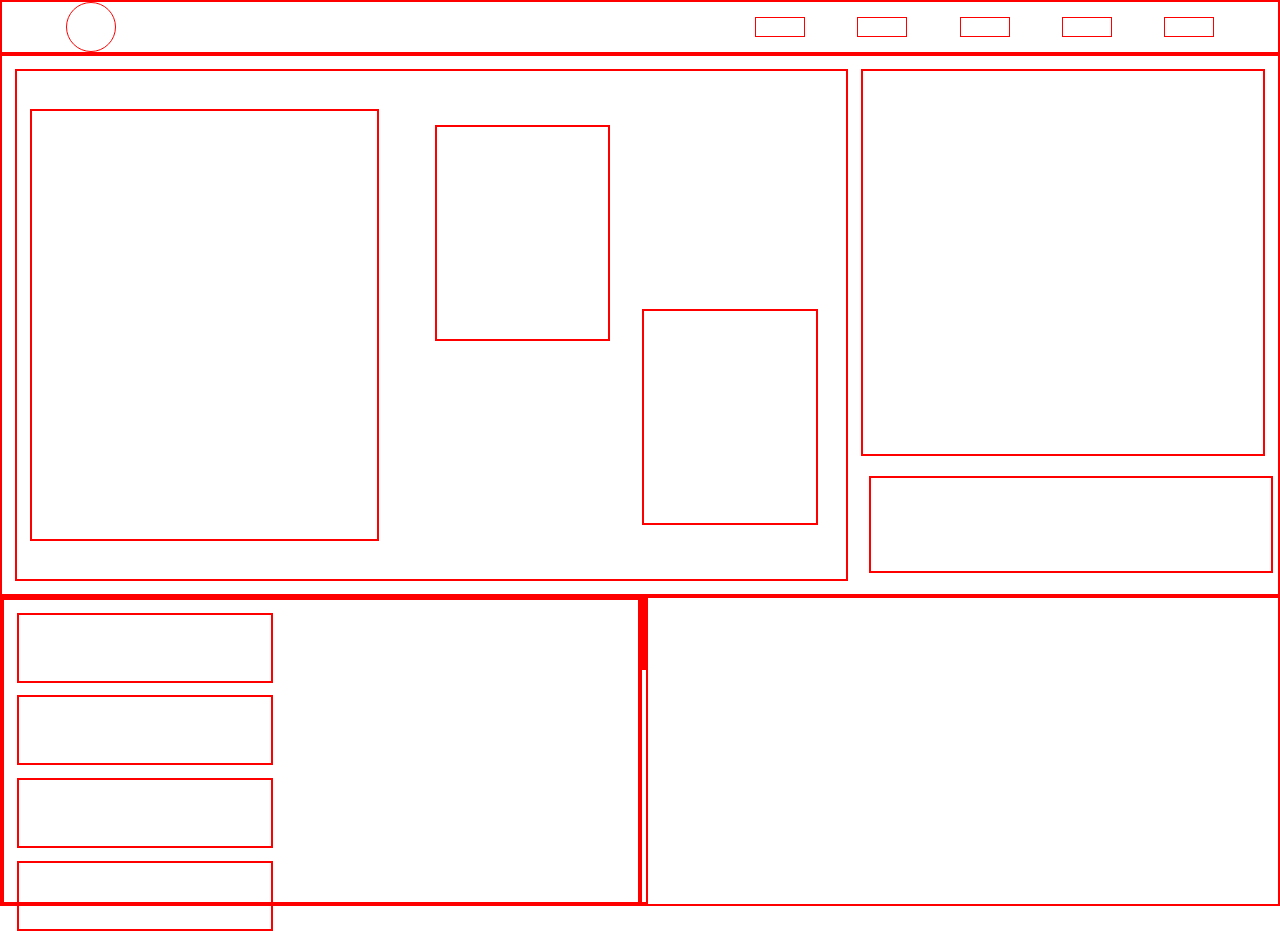
Repository: archangel88/elbrus_homework
Page: phase-0/week-3/day-4/flexbox/index.html
These files come from the project's save history. The page is drawn as it stood at one moment and after the next save; the edit follows.
The browser window is 1280 px wide. The pictures show the whole page.

Above is the page before, as saved 2025-10-10 00:42:35.

After the next save:
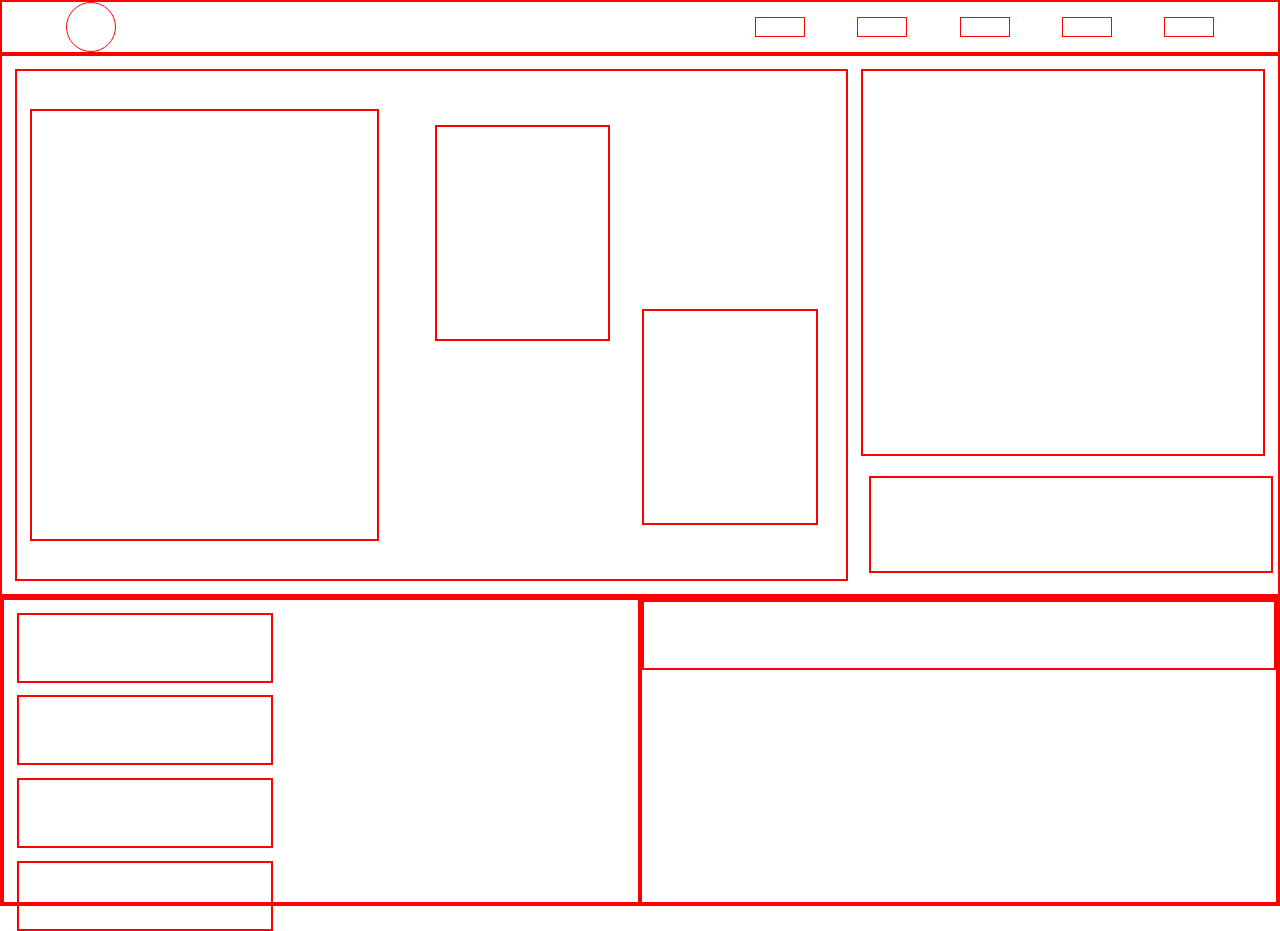
Saved 27 s later.
--- a/phase-0/week-3/day-4/flexbox/css/styles.css
+++ b/phase-0/week-3/day-4/flexbox/css/styles.css
@@ -122,6 +122,10 @@ header {
     height: 100%;
 }
 
+.footer .right{
+    width: 50%;
+}
+
 .footer .left .block1,.block2,.block3,.block4{
     height: 70px;
     width: 20vw;
